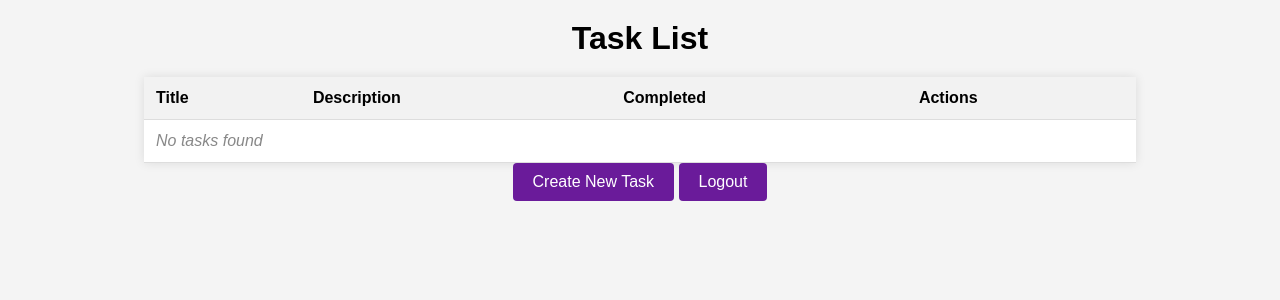
Repository: anchalsinghrajput/spring-MVC
Page: http://localhost/todoList/views/taskList.jsp
An editor plug-in stored every save of this project. The page is shown before and after the next save, followed by the edit.
The browser window is 1280 px wide. The pictures show the whole page.
The page is served by Tomcat 10. Other server files are loaded and not shown.

Above is the page before, as saved 2023-11-16 07:26:26.

### todoList/src/main/webapp/views/taskList.jsp
<%@ page contentType="text/html;charset=UTF-8" language="java" %>
<%@ page import="java.util.List" %>
<%@ page import="com.infosys.anchal.todoList.entity.Task" %>
<%@ page import="java.util.ArrayList" %>
<html>
<head>
    <title>Task List</title>
    <style>
        body {
            font-family: Arial, sans-serif;
            background-color: #f4f4f4;
            margin: 0;
            padding: 20px;
            text-align: center;
        }
        h1 {
            margin-bottom: 20px;
        }
        table {
            width: 80%;
            margin: 0 auto;
            background-color: #fff;
            border-collapse: collapse;
            box-shadow: 0 0 10px rgba(0, 0, 0, 0.1);
        }
        th, td {
            padding: 12px;
            text-align: left;
            border-bottom: 1px solid #ddd;
        }
        th {
            background-color: #f2f2f2;
        }
        input[type="checkbox"] {
            cursor: pointer;
        }
        .button {
            display: inline-block;
            padding: 10px 20px;
            text-decoration: none;
            color: #fff;
            background-color: #6a1b9a;
            border: none;
            border-radius: 4px;
            cursor: pointer;
            transition: background-color 0.3s ease;
        }
        .button:hover {
            background-color: #9c27b0;
        }
        .no-tasks {
            font-style: italic;
            color: #888;
        }
        .action-links {
            white-space: nowrap;
        }
        .action-links a {
            display: inline-block;
            margin-right: 10px;
            margin-bottom: 10px;
        }
    </style>
</head>
<body>
    <h1>Task List</h1>

    <table>
        <tr>
            <th>Title</th>
            <th>Description</th>
            <th>Completed</th>
            <th>Actions</th>
        </tr>

        <%
        List<Task> userTasks = (List<Task>) request.getAttribute("userTasks");
        if (userTasks != null && !userTasks.isEmpty()) {
            for (Task task : userTasks) {
        %>
            <tr>
                <td><%= task.getTitle() %></td>
                <td><%= task.getDescription() %></td>
                <td>
                 <input type="checkbox" <%= task.isCompleted() ? "checked" : "" %>/>
                </td>
                <td class="action-links">
                    <a href="/tasks/edit/<%= task.getId() %>" class="button">Edit</a>
                    <a href="/tasks/delete/<%= task.getId() %>" class="button">Delete</a>
                </td>
            </tr>
        <%
            }
        } else {
            out.println("<tr><td colspan='4' class='no-tasks'>No tasks found</td></tr>");
        }
        %>
    </table>

    <a href="/tasks/create" class="button">Create New Task</a>
    <a href="/logout" class="button">Logout</a>
</body>
</html>

After the next save:
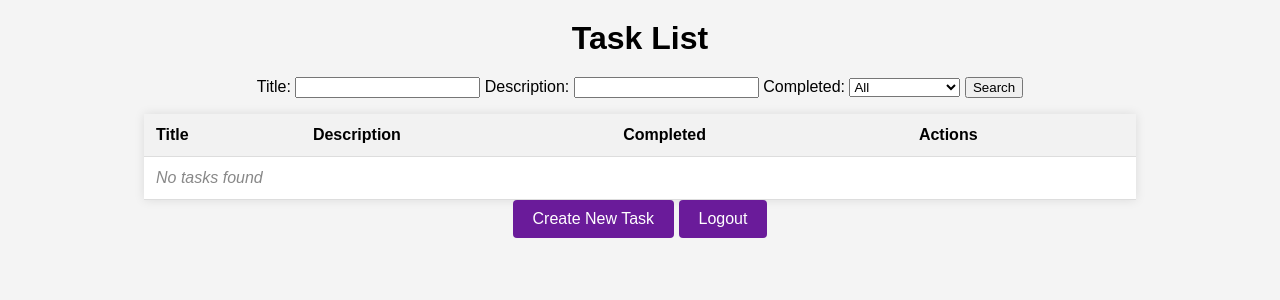
Saved 17 min 18 s later.
--- a/todoList/src/main/webapp/views/taskList.jsp
+++ b/todoList/src/main/webapp/views/taskList.jsp
@@ -65,6 +65,23 @@
 <body>
     <h1>Task List</h1>
 
+    <form action="/tasks" method="GET">
+        <label for="title">Title:</label>
+        <input type="text" id="title" name="title">
+
+        <label for="description">Description:</label>
+        <input type="text" id="description" name="description">
+
+        <label for="completed">Completed:</label>
+        <select id="completed" name="completed">
+            <option value="">All</option>
+            <option value="true">Completed</option>
+            <option value="false">Not Completed</option>
+        </select>
+
+        <button type="submit">Search</button>
+    </form>
+
     <table>
         <tr>
             <th>Title</th>
